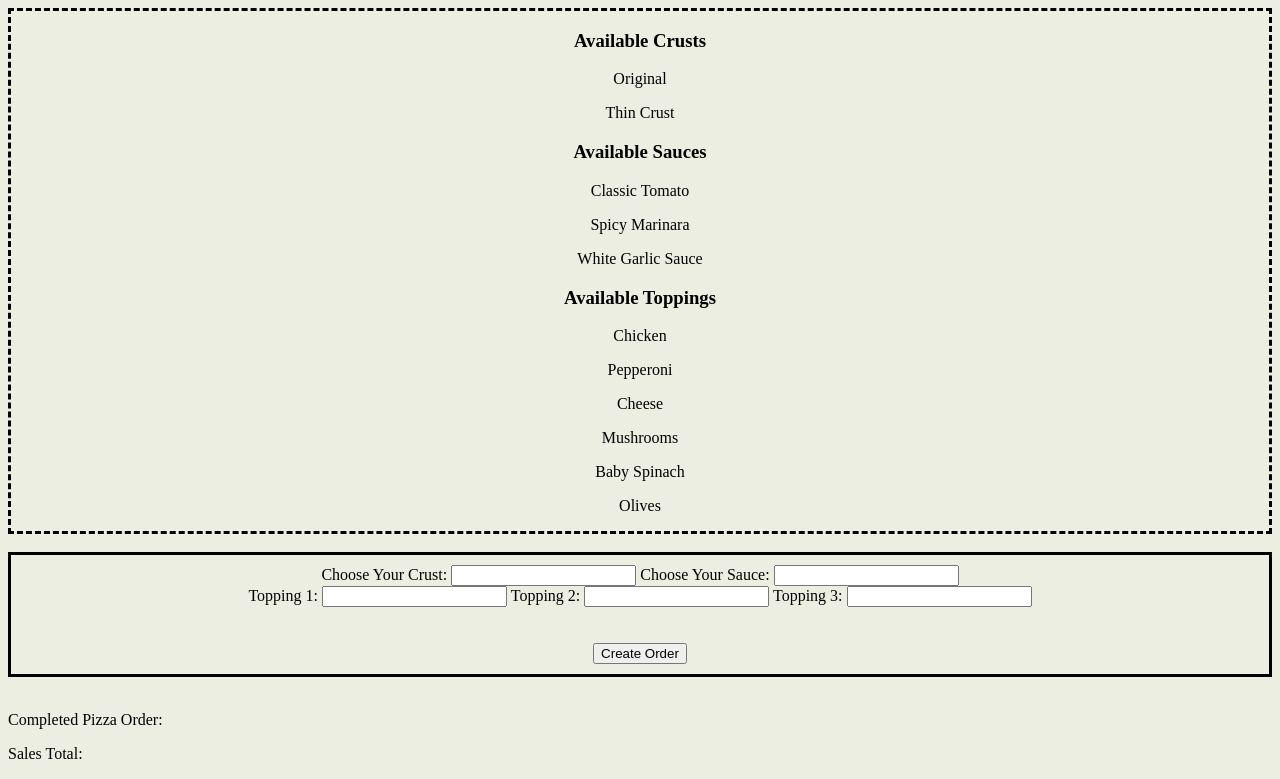
Repository: EmmanuelMefor/Pizza-order
Page: index.html
The author's editor kept a copy of each file at every save. The page is drawn from the files as they stood at one save, then again after the next save.
The browser window is 1280 px wide. The pictures show the whole page.
Some web fonts or font styles are not loaded; a fallback is used.

Above is the page before, as saved 2024-01-05 20:22:23.
Console error: ReferenceError: Btn is not defined

After the next save:
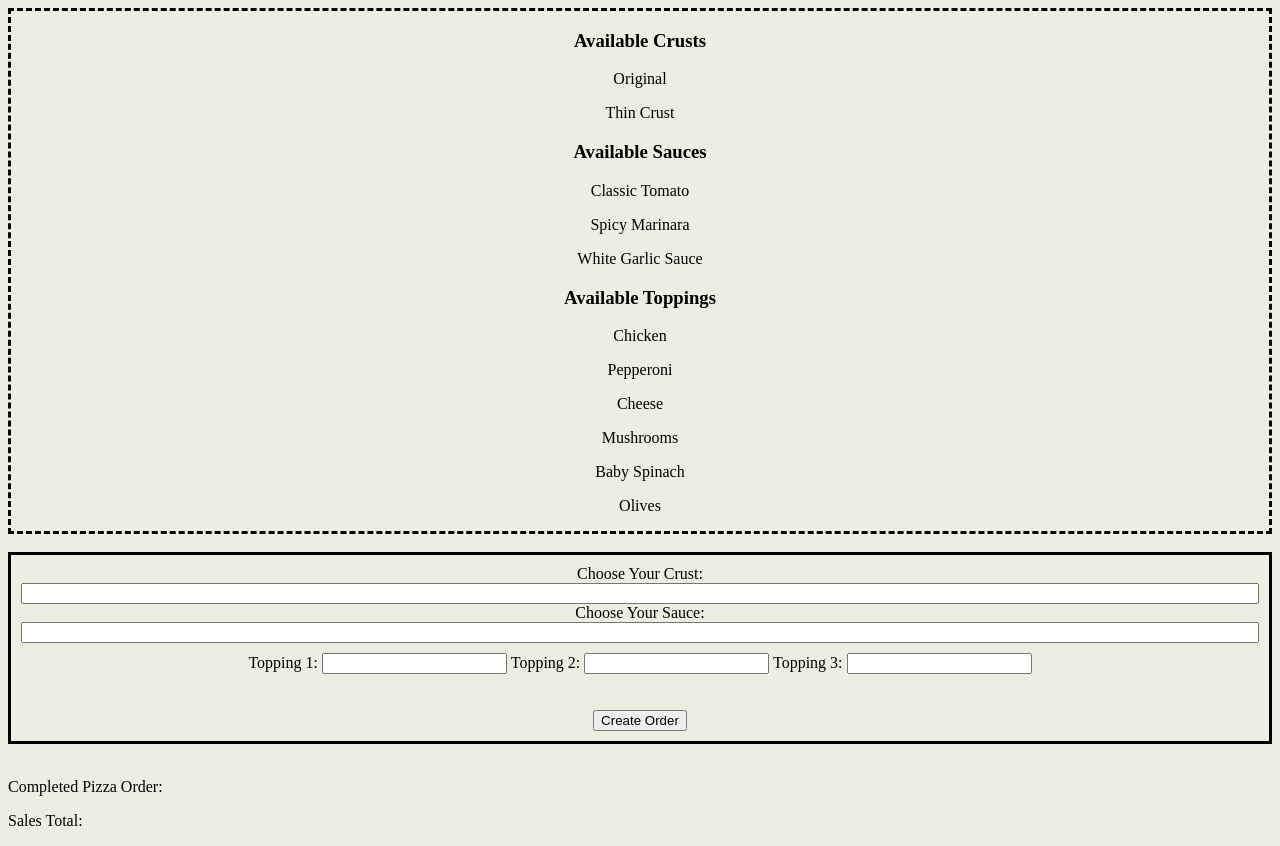
Saved 101 s later.
--- a/style.css
+++ b/style.css
@@ -18,6 +18,12 @@ form {
   display: block;
 }
 
+.stacked-fields {
+  display: flex;
+  flex-direction: column;
+  margin-bottom: 10px; /* Adjust the space between stacked fields */
+}
+
 .T {
   border-style: dotted;
   border-width: 5px;
